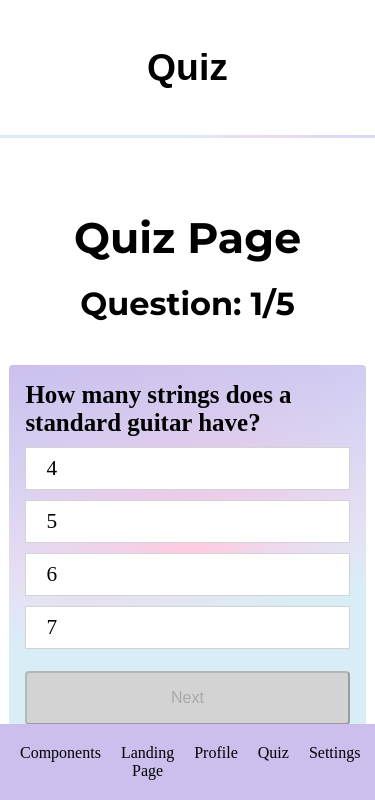
Repository: 1medi/pocketprof
Page: /quiz/page
An editor plug-in stored every save of this project. The page is shown before and after the next save, followed by the edit.
The browser window is 375 px wide. The pictures show the whole page.
The project was rebuilt for these pictures with package versions that can differ from the ones it lists, and the page was loaded fresh each time. The framework's server and built-in components were replaced by stand-ins that run in the browser. Also part of the build but not shown: next.config.mjs, Components/Buttons/Oscar/Oscar.module.css, Components/Buttons/Oscar/index.js.

Above is the page before, as saved 2024-04-13 21:08:41.

### pages/quiz/page.jsx
'use client';
import React, { useState, useRef, useEffect } from 'react';
import { quiz } from "../data"
import styles from "./page.module.css"
import { Montserrat } from "next/font/google"
import Header from '@/Components/Header';
import NavBar from "@/Components/Navbar"


const notoSans = Montserrat({
  subsets: ['latin'],
});

export default function Page() {
  const [activeQuestion, setActiveQuestion] = useState(0);
  const [selectedAnswer, setSelectedAnswer] = useState('');
  const [checked, setChecked] = useState(false);
  const [selectedAnswerIndex, setSelectedAnswerIndex] = useState(null);
  const [showResult, setShowResult] = useState(false);
  const [result, setResult] = useState({
    score: 0,
    correctAnswers: 0,
    wrongAnswers: 0,
  });

  const nextButtonRef = useRef(null);

  const { questions } = quiz;
  const { answers, correctAnswer } = questions[activeQuestion];

  const onAnswerSelected = (answer, idx, event = null) => {
    if (event && event.type === 'keydown' && (event.key !== 'Enter' && event.key !== ' ')) {
      return;
    }
    setChecked(true);
    setSelectedAnswerIndex(idx);
    if (answer === correctAnswer) {
      setSelectedAnswer(true);
      console.log('true');
    } else {
      setSelectedAnswer(false);
      console.log('false');
    }
  };


  useEffect(() => {
    if (checked && nextButtonRef.current) {
      nextButtonRef.current.focus();
    }
  }, [checked]);

  const nextQuestion = () => {
    setSelectedAnswerIndex(null);
    setResult((prev) =>
      selectedAnswer
        ? {
            ...prev,
            score: prev.score + 5,
            correctAnswers: prev.correctAnswers + 1,
          }
        : {...prev,
            wrongAnswers: prev.wrongAnswers + 1,
          }
    );
    if (activeQuestion !== questions.length - 1) {
      setActiveQuestion((prev) => prev + 1);
    } else {
      setActiveQuestion(0);
      setShowResult(true);
    }
    setChecked(false);
  };

  return (
    <>
    <Header name="Quiz"/>
      <div className={`${styles.container}`}>
      <h1 className={styles.title}>Quiz Page</h1>
      <div>
        <h2 className={styles.activeQ}>
          Question: {activeQuestion + 1}
          <span>/{questions.length}</span>
        </h2>
      </div>
      <div>
        {!showResult ? (
          <div className={styles.quizContainer}>
            <h3 className={styles.question}>{questions[activeQuestion].question}</h3>
            {answers.map((answer, idx) => (
              <li
                key={idx}
                onClick={() => onAnswerSelected(answer, idx)}
                onKeyDown={(event) => onAnswerSelected(answer, idx, event)}
                className={`${styles.answerList} ${selectedAnswerIndex === idx ? styles.itemSelected : styles.itemHover}`}
                tabIndex={0}>
                <span>{answer}</span>
              </li>
            ))}

            <button
              ref={nextButtonRef}
              onClick={nextQuestion}
              className={checked ? styles.btn : styles.btnDisabled}
              tabIndex={2}
              disabled={!checked}>
              {activeQuestion === questions.length - 1 ? 'Finish' : 'Next'}
            </button>
          </div>
        ) : (
          <div className={styles.quizContainer}>
            <h3 className={styles.hthree}>Results</h3>
            <h3 className={styles.hthree}>Overall {(result.score / (questions.length * 5)) * 100}%</h3>
            <p className={styles.paragraph}>
              Total Questions: <span>{questions.length}</span>
            </p>
            <p className={styles.paragraph}>
              Total Score: <span>{result.score}</span>
            </p>
            <p className={styles.paragraph}>
              Correct Answers: <span>{result.correctAnswers}</span>
            </p>
            <p className={styles.paragraph}>
              Wrong Answers: <span>{result.wrongAnswers}</span>
            </p>
            <button className={styles.btn} onClick={() => window.location.reload()}>Restart</button>
          </div>
        )}
      </div>
    </div>
    <NavBar/>
    </>

  );
};

### styles/globals.css
:root {
background-color: white;
align-content: center;
--main-color-purple: #53239B;
--main-color-lightpurple: #CCBFED;
--secondary-color-blue: #9AB7F9;
--secondary-color-lightblue: #CCE3FB;

--font-header: 34pt ;
--font-section-header: 28pt;
--font-sub-header: 24pt;
--font-button: 16pt;
--font-body: 16pt;
--font-secondary: 14pt;
--font-tertiary:12pt;

--headings: "mont", sans-serif;
--body-text: "Noto Sans", sans-serif;

}


* {
    padding: 0;
    margin: 0;
  }

  ol,
  ul {
    list-style: none;
  }

### pages/data.js
export const quiz = {
    totalQuestions: 5,
    questions: [
      {
        id: 1,
        question: 'How many strings does a standard guitar have?',
        answers: ['4', '5', '6', '7'],
        correctAnswer: '6',
      },
      {
        id: 2,
        question: 'Which part of the guitar do you strum or pluck the strings with?',
        answers: ['Headstock', 'Fretboard', 'Body', 'Bridge'],
        correctAnswer: 'Body',
      },
      {
        id: 3,
        question: 'What is a pick used for in playing the guitar?',
        answers: ['Holding the strings down', 'Strumming or plucking the strings', 'Keeping the guitar in tune', 'San Marino'],
        correctAnswer: 'Strumming or plucking the strings',
      },
      {
        id: 4,
        question: 'What is the name of the thickest string on the guitar?',
        answers: ['A string', 'E string', 'D string', 'G string'],
        correctAnswer: 'E string',
      },
      {
        id: 5,
        question: 'Where do you place your fingers to play different notes on the guitar?',
        answers: ['On the body', 'On the headstock', 'On the strings over the fretboard', 'On the tuning pegs'],
        correctAnswer: 'On the strings over the fretboard',
      },
    ],
  };

### pages/quiz/page.module.css

@media only screen and (max-width:431px) {
  .container{
  padding: 1rem 0;
  background-color: white;
  width: 95%;
  margin: auto;
  margin-top: 3rem;
  border-radius: 10px;
  font-size: var(--font-body);

}

.title,
.activeQ{
  color: black;
  text-align: center;
  padding:10px;
  font-family: "Montserrat", "sans-serif";
}

.hthree {
  padding-bottom: 2rem;
  color: #000105;
  font-size: 1.8rem;
}

.btn {
  padding: 16px 8px;
  width: 100%;
  margin-top: 12px;
  font-size: 1rem;
  border-radius: 4px;
  cursor: pointer;
  background-color: var(--main-color-purple);
  color: #f8f8f8;
}

.btnDisabled {
  background-color: lightgray;
  padding: 16px 8px;
  width: 100%;
  margin-top: 12px;
  font-size: 1rem;
  border-radius: 4px;
  color: darkgray;

}

.answerList {
  list-style-type: none;
  cursor: pointer;
  margin: 10px 0;
  padding: 8px 20px;
  color: #000105;
  border: 1.5px solid lightgray;
  background-color: white;
}

.itemHover:hover {
  background-color: #CCBFED;
  columns: #fff;
}

.itemSelected {
  color: #474747;
  background-color:#8E71D5;
}

.quizContainer {
  background: linear-gradient(-10deg, #d9edf7 35%, rgba(237, 202, 216, 0) 50%, var(--main-color-lightpurple)), radial-gradient(circle, #ffcae1 0, #daeafc 100%);
  padding: 1rem;
  margin-top: 2rem;
  border-radius: 4px;
}

.paragraph {
  padding: 8px 0;
}

}

### Components/Header/index.js
import styles from "@/Components/Header/Header.module.css"
import Link from "next/link"
import { Montserrat } from "next/font/google"

const montserrat = Montserrat({
  subsets: ['latin'],
});
export default function Header({name}){
  return (
    <>
    <header className={styles.header}>

      <h1 className={styles.headerTitle}>{name}</h1>
    </header>
    </>
  )
}

### Components/Navbar/index.js
import styles from "./Navbar.module.css"
import Oscar from "@/Components/Buttons/Oscar"
import Link from "next/link"

export default function NavBar() {
  return (
    <nav className={styles.nav}>
        <div className={styles.navContainer}>
          <ul className={styles.navOptions}>
            <li className={styles.navLink}>
            <Link href={'/Components'} className={styles.navText}>Components </Link>
            </li>
            <li className={styles.navLink}>
            <Link href={'/LandingPage'} className={styles.navText}>Landing Page </Link>
            </li>
            <li className={styles.navLink}>
            <Link href={'/Profile'} className={styles.navText}>Profile </Link>
            </li>
            <li className={styles.navLink}>
            <Link href={'/QuizPage'} className={styles.navText}>Quiz</Link>
            </li>
            <li className={styles.navLink}>
            <Link href={'/Settings'} className={styles.navText}>Settings</Link>
            </li>
            <li className={styles.navLink}>
            <Link href={'/Subjects'} className={styles.navText}>Subjects</Link>
            </li>
          </ul>

        </div>
    </nav>
  )
}

### Components/Header/Header.module.css
.header{
  max-height: 400;
  height: 6em;
  position: relative;
  padding: 1.3rem;
  backdrop-filter: blur(10px);
  }

  .header::before {
    content: "";
    position: absolute;
    inset: 0;
    border-bottom: 3px solid transparent;
    background: linear-gradient(140deg,  #d9edf7 35%, rgba(237, 202, 216, 0) 50%, var(--main-color-lightpurple)), radial-gradient(circle, #ffcae1 0, #daeafc 100%) border-box;
    mask: linear-gradient(#fff 0 0) padding-box, linear-gradient(#fff 0 0);
    mask-composite: exclude;
  }


.headerTitle{
  text-align: center;
  margin:auto;
  display: flex;
  justify-content: center;
  color: black;
  padding-top: 25px;
  font-family: var(--headings);
  font-size: var(--font-section-header);
}

### Components/Navbar/Navbar.module.css
@media only screen and (max-width:430px) {
  .nav {
  position: fixed;
  bottom: 0;
  left: 0;
  width: 100%;
  display: flex;
  flex-direction: row;
  background-color:var(--main-color-lightpurple);
  justify-content: space-around;
}

.navContainer{
  position: relative;
  justify-content: space-around;
  width: 100%;
}
.buttonContainer{
  padding:10px;

}

.navOptions{
  display: flex;
  flex-direction: row;
  text-align: center;
  justify-content: space-around;
  padding: 10px;
  text-decoration: none;
}

.navLink{
  padding: 10px;
  border-radius: 10px;
  text-decoration: none;
  list-style: none;
  position: relative;
  justify-content: center;
}

.image:hover{
  background-color: #8b82a4;
}

.navText{
  text-decoration: none;
  list-style: none;
  color:black;
}

.navText:visited{
  text-decoration: none;
  list-style: none;
  color: black;
}
}

Loaded but not shown: pages/_app.js (common file); pages/_document.js (common file)

After the next save:
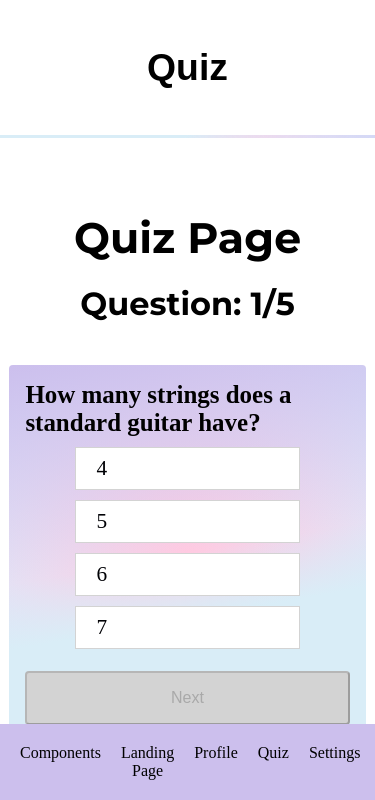
Saved 5 s later.
--- a/pages/quiz/page.module.css
+++ b/pages/quiz/page.module.css
@@ -50,7 +50,7 @@
 .answerList {
   list-style-type: none;
   cursor: pointer;
-  margin: 10px 0;
+  margin: 10px 50px;
   padding: 8px 20px;
   color: #000105;
   border: 1.5px solid lightgray;
